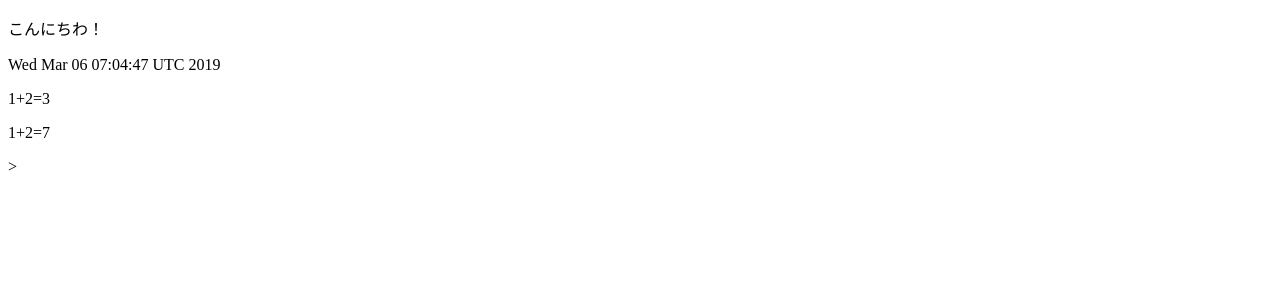
Repository: kazuki000/test
Page: http://localhost/HelloJSP/
The author's editor kept a copy of each file at every save. The page is drawn from the files as they stood at one save, then again after a run of saves.
The browser window is 1280 px wide. The pictures show the whole page.
The page is served by Tomcat 9.

Above is the page before, as saved 2019-03-06 08:31:25.

### HelloJSP/WebContent/index.jsp
<%@ page language="java" contentType="text/html; charset=UTF-8"
    pageEncoding="UTF-8"%>
<!DOCTYPE html PUBLIC "-//W3C//DTD HTML 4.01 Transitional//EN" "http://www.w3.org/TR/html4/loose.dtd">
<html>
<head>
<meta http-equiv="Content-Type" content="text/html; charset=UTF-8">
<title>TEST</title>
</head>
<body>
<p>こんにちわ！</p>
<% out.println(new java.util.Date()); %>

<%!
static int add(int a,int b){
	return a+b;
}
%>
<p>1+2=<%=add(1,2)%></p>
<p>1+2=<%=add(3,4)%></p>

<%! static int countA=0; %>
<% int countB=0;
countA++;
countB++;
%>>

</body>
</html>

After the next 2 saves:
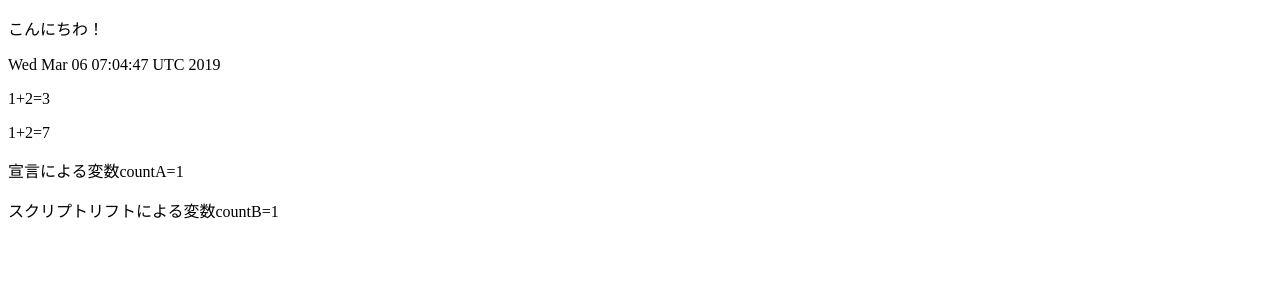
The 2 saves are shown as one change because they came seconds apart.
The last was saved 4 min 0 s later.
--- a/HelloJSP/WebContent/index.jsp
+++ b/HelloJSP/WebContent/index.jsp
@@ -22,7 +22,9 @@
 <% int countB=0;
 countA++;
 countB++;
-%>>
+%>
+<p>宣言による変数countA=<%=countA%></p>
+<p>スクリプトリフトによる変数countB=<%=countB%></p>
 
 </body>
 </html>
